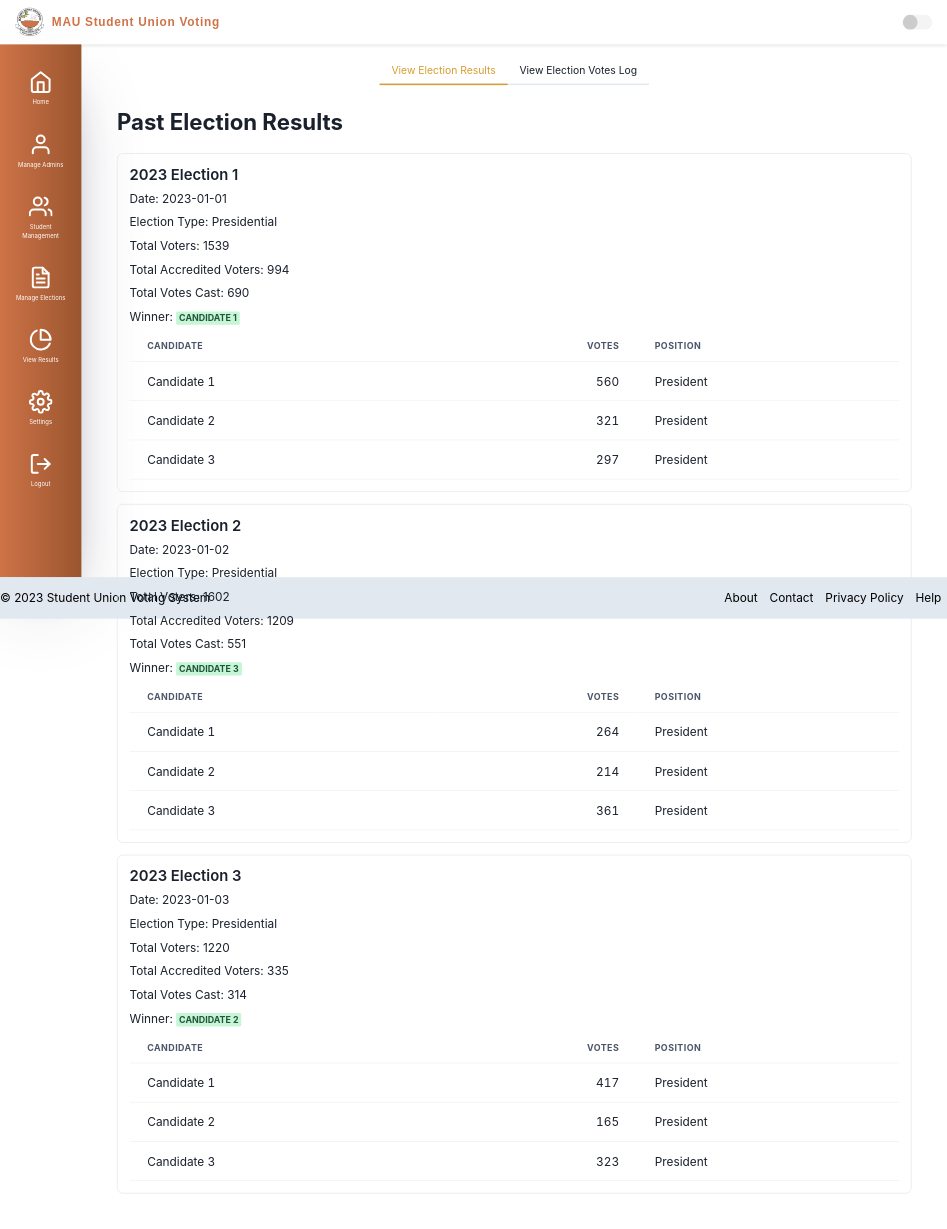
Repository: joena1o/e-vote
Page: /admin-dashboard/view-results
An editor plug-in stored every save of this project. The page is shown before and after the next save, followed by the edit.
The browser window is 1280 px wide. The pictures show the whole page, at 74% of full size.
The project was rebuilt for these pictures with package versions that can differ from the ones it lists, and the page was loaded fresh each time. Also part of the build but not shown: src/components/EnhancedLogin.js, src/components/maincontent/RegisterStudents/ManageStudents.js, src/components/maincontent/RegisterStudents/RegisterStudents.js, src/components/maincontent/RegisterStudents/StudentManagement.js, src/components/maincontent/ElectionResults/report.js, src/components/maincontent/Settings/Settings.js, src/api/index.js, src/components/maincontent/home/Home.styles.js and 21 more.

Above is the page before, as saved 2023-11-24 22:45:12.

### src/index.js
import React from 'react';
import ReactDOM from 'react-dom/client';
import './index.css';
import App from './App';
import reportWebVitals from './reportWebVitals';
import Modal from 'react-modal';

// Set the app element for the modal for accessibility purposes
Modal.setAppElement('#root');

const root = ReactDOM.createRoot(document.getElementById('root'));
root.render(
  <React.StrictMode>
    <App />
  </React.StrictMode>
);

// If you want to start measuring performance in your app, pass a function
// to log results (for example: reportWebVitals(console.log))
// or send to an analytics endpoint. Learn more: https://bit.ly/CRA-vitals
reportWebVitals();

### src/App.js
import React from 'react';
import { BrowserRouter as Router, Routes, Route, Navigate } from 'react-router-dom';
import EnhancedLogin from './components/EnhancedLogin';
import AdminDashboard from './components/AdminDashboard';
import StudentDashboard from './components/StudentDashboard';
import { ChakraProvider, ColorModeProvider, Button, useColorMode } from '@chakra-ui/react';
import { Provider } from 'react-redux';
import store from './Redux/store';
import ElectionCommitteeDashboard from './components/maincontent/ElectionCommitteeDashboard';


// Component to toggle dark mode
function DarkModeToggle() {
  const { colorMode, toggleColorMode } = useColorMode();
  return (
    <Button onClick={toggleColorMode} position="fixed" m={4} zIndex={10}>
      Toggle {colorMode === 'light' ? 'Dark' : 'Light'}
    </Button>
  );
}

function App() {
  // Check if the current route is not the "/login" route, then render the DarkModeToggle
  // const isLoginPage = window.location.pathname === '/login';

  return (
    <Provider store={store}>
      <ChakraProvider>
        <ColorModeProvider options={{ useSystemColorMode: true }}>
          <Router>
            <Routes>
              {/* Define your routes */}
              <Route path="/login" element={<EnhancedLogin />} />
              <Route path="/admin-dashboard/*" element={<AdminDashboard />} />
              <Route path="/ElectionCommittee-dashboard/*" element={<ElectionCommitteeDashboard />} />
              <Route path='/student-dashboard/*' element={<StudentDashboard />} />
              {/* Redirect root to /admin-dashboard */}
              <Route path="/" element={<Navigate to="/admin-dashboard" replace />} />
            </Routes>
          </Router>
          {/* Render DarkModeToggle only if not on the "/login" page */}
          {/* {!isLoginPage && <DarkModeToggle />} */}
        </ColorModeProvider>
      </ChakraProvider>
    </Provider>
  );
}

export default App;

### src/components/AdminDashboard.js
// AdminDashboard.js
import React from 'react';
import { Routes, Route } from 'react-router-dom';
import StudentManagement from './maincontent/RegisterStudents/StudentManagement';
import ViewResults from './maincontent/ElectionResults/ViewElectionResults';
import Settings from './maincontent/Settings/Settings';
import Home from './maincontent/home/Home';
import ManageAdmin from './maincontent/ManageAdmins/ManageAdmins';
import ManageElections from './maincontent/ManageElections/ManageElections';
import Sidebar from './Sidebar';
import Navbar from './Navbar';
import Footer from './Footer';// Import the Footer component
import styled from 'styled-components';

const Container = styled.div`
  display: flex;
  flex-direction: column;
  height: 100vh;
  width: 100%;
`;

const Content = styled.div`
  display: flex;
  flex: 1;
`;

const AdminDashboard = () => {
  return (
    <Container>
      <Navbar />
      <Content>
        <Sidebar />
        <Routes>
          <Route index element={<Home />} />
          <Route path="student-management" element={<StudentManagement />} />
          <Route path="view-results" element={<ViewResults />} />
          <Route path="settings" element={<Settings />} />
          <Route path="manage-admin" element={<ManageAdmin />} />
          <Route path="manage-elections" element={<ManageElections />} />
        </Routes>
      </Content>
      <Footer />
    </Container>
  );
};

export default AdminDashboard;

### src/Redux/store.js
import { configureStore } from '@reduxjs/toolkit';
import electionReducer from './electionSlice';
import studentsReducer from './studentsSlice';
import candidatesReducer from './CandidateSlice'; // Import the candidates reducer

const store = configureStore({
  reducer: {
    elections: electionReducer,
    students: studentsReducer,
    candidates: candidatesReducer, // Add the candidates reducer here
  },
});

export default store;

### src/components/maincontent/ElectionResults/ViewElectionResults.js
import React, { useState } from 'react';
import { Tabs, TabList, TabPanels, Tab, TabPanel, Box, Flex, Heading } from '@chakra-ui/react';
import ViewResults from './ViewResults';
import ElectionVotesLog from './report';

const ElectionDashboard = () => {
  const [activeTab, setActiveTab] = useState(0);

  const handleTabChange = (index) => {
    setActiveTab(index);
  };

  return (
    <Flex direction="column" align="center" w="100vw" h="100vh" p={4}>
      <Box w="100%" h="100%" maxW="full">
        <Tabs index={activeTab} onChange={handleTabChange} isLazy>
          <Flex justifyContent="center" w="100%">
            <TabList display="inline-flex">
              <Tab fontSize="sm" px={4} py={2} _selected={{ borderBottom: '2px solid', borderColor: 'yellow.500', color: 'yellow.500' }}>
                View Election Results
              </Tab>
              <Tab fontSize="sm" px={4} py={2} _selected={{ borderBottom: '2px solid', borderColor: 'yellow.500', color: 'yellow.500' }}>
                View Election Votes Log
              </Tab>
            </TabList>
          </Flex>
          <TabPanels>
            <TabPanel>
              <ViewResults />
            </TabPanel>
            <TabPanel>
              <ElectionVotesLog />
            </TabPanel>
          </TabPanels>
        </Tabs>
      </Box>
    </Flex>
  );
};

export default ElectionDashboard;

### src/components/Sidebar.js
import React from 'react';
import styled from 'styled-components';
import { Link } from 'react-router-dom';
import { FiHome, FiUser, FiUsers, FiFileText, FiSettings, FiLogOut, FiPieChart } from 'react-icons/fi';
import { useColorMode } from '@chakra-ui/react';

const SidebarContainer = styled.nav`
  background: ${props => (props.theme === 'dark' ? '#333' : 'linear-gradient(to right, #ce7348, #9a552e)')};
  padding: 15px;
  height: 100vh;
  color: #fff;
  box-shadow: rgba(50, 50, 93, 0.25) 0px 50px 100px -20px, rgba(0, 0, 0, 0.3) 0px 30px 60px -30px;
  display: flex;
  flex-direction: column;
`;

const LinkList = styled.ul`
  list-style-type: none;
  padding: 0;
  flex: 1;
`;

const StyledLink = styled(Link)`
  text-decoration: none;
  color: #fff;
  display: flex;
  flex-direction: column;
  align-items: center;
  transition: color 0.3s ease;
  margin-bottom: 15px;
  cursor: pointer;
  font-size: 0.5rem;

  &:hover {
    color: #fce364;
  }

  width: 80px;
  text-align: center;
  word-wrap: break-word;
  overflow-wrap: break-word;

  @media (max-width: 768px) {
    font-size: 0.4rem;
  }

  @media (max-width: 480px) {
    font-size: 0.3rem;
  }
`;

const LinkItem = styled.li`
  display: flex;
  align-items: center;
  margin-top: 20px;
`;

const Icon = styled.div`
  font-size: 2rem;
  color: #fff;

  @media (max-width: 768px) {
    font-size: 0.9rem;
  }

  @media (max-width: 480px) {
    font-size: 0.8rem;
  }

  margin-bottom: 5px;

  ${StyledLink}:hover & {
    color: #fce364;  // Change icon color when the link is hovered
  }
`;

function Sidebar() {
  const { colorMode } = useColorMode();

  return (
    <SidebarContainer theme={colorMode}>
      <LinkList>
        <LinkItem>
          <StyledLink to="/admin-dashboard">
            <Icon><FiHome /></Icon>
            Home
          </StyledLink>
        </LinkItem>
        <LinkItem>
          <StyledLink to="/admin-dashboard/manage-admin">
            <Icon><FiUser /></Icon>
            Manage Admins
          </StyledLink>
        </LinkItem>
        <LinkItem>
          <StyledLink to="/admin-dashboard/student-management">
            <Icon><FiUsers /></Icon>
            Student Management
          </StyledLink>
        </LinkItem>
        <LinkItem>
          <StyledLink to="/admin-dashboard/manage-elections">
            <Icon><FiFileText /></Icon>
            Manage Elections
          </StyledLink>
        </LinkItem>
        <LinkItem>
          <StyledLink to="/admin-dashboard/view-results">
            <Icon><FiPieChart /></Icon>
            View Results
          </StyledLink>
        </LinkItem>
        <LinkItem>
          <StyledLink to="/admin-dashboard/settings">
            <Icon><FiSettings /></Icon>
            Settings
          </StyledLink>
        </LinkItem>
        <LinkItem>
          <StyledLink to="/logout">
            <Icon><FiLogOut /></Icon>
            Logout
          </StyledLink>
        </LinkItem>
      </LinkList>
    </SidebarContainer>
  );
}

export default Sidebar;

### src/components/Navbar.js
import React from 'react';
import styled, { createGlobalStyle } from 'styled-components';
import logo from '../assets/school_logo.jpg';
import { useColorMode } from '@chakra-ui/react';

const GlobalStyle = createGlobalStyle`
  body {
    background-color: ${props => (props.theme === 'dark' ? '#333' : '#fff')};
    color: ${props => (props.theme === 'dark' ? '#fff' : '#000')}; // Set other component texts to black in light mode
  }
`;

const Header = styled.header`
  background: ${props => (props.theme === 'dark' ? '#333' : '#fff')};
  color: ${props => (props.theme === 'dark' ? '#fff' : '#ce7348')}; // Set navbar text to brown in light mode
  padding: 10px 20px;
  display: flex;
  align-items: center;
  justify-content: flex-start;
  box-shadow: 0px 2px 4px rgba(0, 0, 0, 0.1);
  font-family: 'Poppins', sans-serif;
`;


const Logo = styled.img`
  width: 40px;
  height: 40px;
  border-radius: 20px;
  margin-right: 10px;
`;

const Title = styled.h1`
  margin: 0;
  padding: 0;
  font-size: 1rem;
  font-weight: 600;
  letter-spacing: 1px;
`;

const ToggleSlider = styled.label`
  display: flex;
  align-items: center;
  cursor: pointer;
  margin-left: auto;
`;

const SliderInput = styled.input.attrs({ type: 'checkbox' })`
  display: none;
`;

const Slider = styled.div`
  width: 40px;
  height: 20px;
  background-color: ${props => (props.theme === 'dark' ? '#333' : '#f4f4f4')};
  border-radius: 20px;
  position: relative;
  transition: background-color 0.3s ease;
  cursor: pointer;

  &::after {
    content: '';
    width: 20px;
    height: 20px;
    border-radius: 50%;
    background-color: ${props => (props.theme === 'dark' ? '#fff' : '#ccc')};
    position: absolute;
    top: 50%;
    transform: translateY(-50%);
    left: ${props => (props.theme === 'dark' ? '20px' : '0')};
    transition: left 0.3s ease;
  }
`;

function Navbar() {
  const { colorMode, toggleColorMode } = useColorMode();

  return (
    <>
      <GlobalStyle theme={colorMode} />
      <Header theme={colorMode}>
        <Logo src={logo} alt="University Logo" />
        <Title>MAU Student Union Voting</Title>
        <ToggleSlider>
          <SliderInput type="checkbox" onChange={toggleColorMode} />
          <Slider theme={colorMode} />
        </ToggleSlider>
      </Header>
    </>
  );
}

export default Navbar;

### src/components/Footer.js
import React from 'react';
import { Box, Flex, Text, Link } from '@chakra-ui/react';

const Footer = ({ colorMode }) => {
  const handleDownloadDocumentation = () => {

    const pdfUrl = '/path/to/your/documentation.pdf';

    //  anchor element that triggers  download
    const link = document.createElement('a');
    link.href = pdfUrl;
    link.download = 'documentation.pdf';
    link.click();
  };

    return (
      <Box as="footer" mt="auto" py={4} bg={colorMode === 'dark' ? 'gray.800' : 'gray.200'} color={colorMode === 'dark' ? 'white' : 'black'}>
        <Flex justify="space-between" align="center">
          <Text>&copy; 2023 Student Union Voting System</Text>
          <Flex>
            <Link mx={2} href="#about">
              About
            </Link>
            <Link mx={2} href="#contact">
              Contact
            </Link>
            <Link mx={2} href="#privacy">
              Privacy Policy
            </Link>
            <Link mx={2} onClick={handleDownloadDocumentation}>
              Help
            </Link>
          </Flex>
        </Flex>
      </Box>
    );
  };

  export default Footer;

### src/Redux/electionSlice.js
/*import { createSlice, createAsyncThunk } from '@reduxjs/toolkit';
import { API, graphqlOperation } from 'aws-amplify';
import { createElection as createElectionAPI } from '../graphql/mutations';

export const createElection = createAsyncThunk(
  'elections/createElection',
  async (election, { rejectWithValue }) => {
    try {
      const result = await API.graphql(graphqlOperation(createElectionAPI, { input: election }));
      return result.data.createElection;
    } catch (error) {
      return rejectWithValue(error);
    }
  }
);

const electionSlice = createSlice({
  name: 'elections',
  initialState: [],
  reducers: {},
  extraReducers: (builder) => {
    builder.addCase(createElection.fulfilled, (state, action) => {
      state.push(action.payload);
    });
  },
});

export default electionSlice.reducer;
*/

### src/Redux/studentsSlice.js
import { createSlice } from '@reduxjs/toolkit';

export const studentsSlice = createSlice({
  name: 'students',
  initialState: [],
  reducers: {
    addStudents: (state, action) => {
      // Add students to the Redux store
      action.payload.forEach(student => {
        state.push(student);
      });
    },
  },
});

export const { addStudents } = studentsSlice.actions;

export default studentsSlice.reducer;

### src/Redux/CandidateSlice.js

import { createSlice } from '@reduxjs/toolkit';

export const candidatesSlice = createSlice({
  name: 'candidates',
  initialState: [],
  reducers: {
    setCandidates: (state, action) => {
      return action.payload;
    },
  },
});

export const { setCandidates } = candidatesSlice.actions;
export default candidatesSlice.reducer;

### src/components/maincontent/ElectionResults/ViewResults.js
import React, { useState } from 'react';
import {
  Box,
  VStack,
  Heading,
  Text,
  useColorModeValue,
  Table,
  Thead,
  Tbody,
  Tr,
  Th,
  Td,
  Badge,
} from '@chakra-ui/react';

const ViewResults = () => {
  const colorModeValue = useColorModeValue('gray.200', 'gray.600');

  // Function to generate mock data
  const generateMockData = () => {
    const mockData = [];

    for (let i = 1; i <= 3; i++) {
      const election = {
        id: i,
        electionName: `2023 Election ${i}`,
        date: `2023-01-${i < 10 ? `0${i}` : i}`,
        electionType: 'Presidential',
        totalVoters: Math.floor(Math.random() * 1500) + 500,
        totalAccreditedVoters: Math.floor(Math.random() * 1200) + 300,
        totalVotesCast: Math.floor(Math.random() * 1000) + 200,
        candidates: [],
      };

      for (let j = 1; j <= 3; j++) {
        election.candidates.push({
          name: `Candidate ${j}`,
          votes: Math.floor(Math.random() * 500) + 100,
          position: 'President',
        });
      }

      const winnerIndex = Math.floor(Math.random() * 3);
      election.winner = election.candidates[winnerIndex].name;

      mockData.push(election);
    }

    return mockData;
  };

  const [pastElectionResults] = useState(generateMockData());

  return (
    <Box p={4}>
      <Heading size="lg" mb={6}>
        Past Election Results
      </Heading>
      {pastElectionResults.map((election) => (
        <VStack
          key={election.id}
          border="1px"
          borderColor={colorModeValue}
          borderRadius="lg"
          p={4}
          mb={4}
          spacing={2}
          align="left"
        >
          <Heading fontSize="xl" fontWeight="semibold">
            {election.electionName}
          </Heading>
          <Text>Date: {election.date}</Text>
          <Text>Election Type: {election.electionType}</Text>
          <Text>Total Voters: {election.totalVoters}</Text>
          <Text>Total Accredited Voters: {election.totalAccreditedVoters}</Text>
          <Text>Total Votes Cast: {election.totalVotesCast}</Text>
          <Text>Winner: <Badge colorScheme="green">{election.winner}</Badge></Text>
          <Table variant="simple">
            <Thead>
              <Tr>
                <Th>Candidate</Th>
                <Th isNumeric>Votes</Th>
                <Th>Position</Th>
              </Tr>
            </Thead>
            <Tbody>
              {election.candidates.map((candidate) => (
                <Tr key={candidate.name}>
                  <Td>{candidate.name}</Td>
                  <Td isNumeric>{candidate.votes}</Td>
                  <Td>{candidate.position}</Td>
                </Tr>
              ))}
            </Tbody>
          </Table>
        </VStack>
      ))}
    </Box>
  );
};

export default ViewResults;

Loaded but not shown: public/index.html (common file); src/index.css (common file); src/reportWebVitals.js (common file)

After the next save:
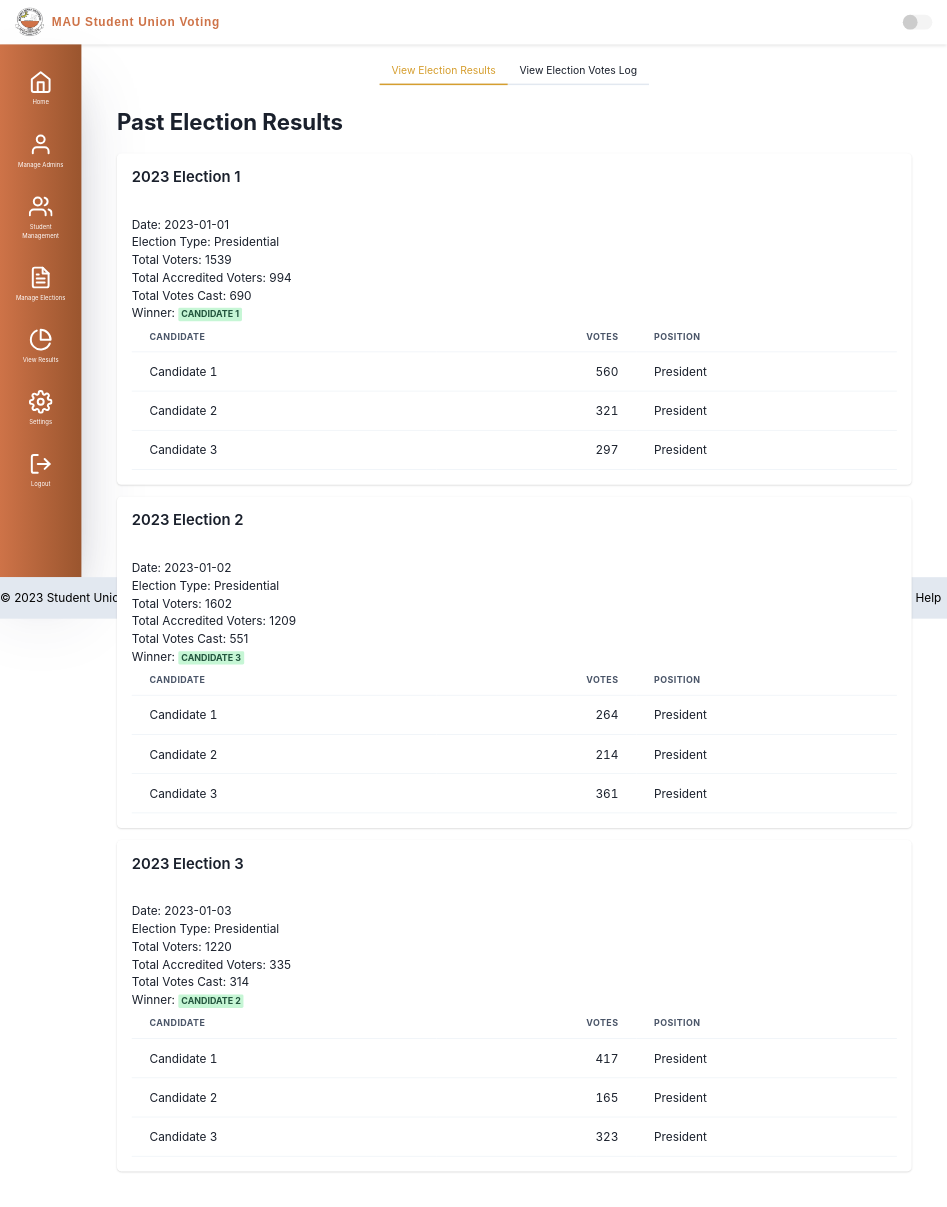
Saved 4 min 39 s later.
--- a/src/components/maincontent/ElectionResults/ViewResults.js
+++ b/src/components/maincontent/ElectionResults/ViewResults.js
@@ -12,6 +12,10 @@ import {
   Th,
   Td,
   Badge,
+  Card,
+  CardHeader,
+  CardBody,
+  CardFooter,
 } from '@chakra-ui/react';
 
 const ViewResults = () => {
@@ -58,44 +62,41 @@ const ViewResults = () => {
         Past Election Results
       </Heading>
       {pastElectionResults.map((election) => (
-        <VStack
-          key={election.id}
-          border="1px"
-          borderColor={colorModeValue}
-          borderRadius="lg"
-          p={4}
-          mb={4}
-          spacing={2}
-          align="left"
-        >
-          <Heading fontSize="xl" fontWeight="semibold">
-            {election.electionName}
-          </Heading>
-          <Text>Date: {election.date}</Text>
-          <Text>Election Type: {election.electionType}</Text>
-          <Text>Total Voters: {election.totalVoters}</Text>
-          <Text>Total Accredited Voters: {election.totalAccreditedVoters}</Text>
-          <Text>Total Votes Cast: {election.totalVotesCast}</Text>
-          <Text>Winner: <Badge colorScheme="green">{election.winner}</Badge></Text>
-          <Table variant="simple">
-            <Thead>
-              <Tr>
-                <Th>Candidate</Th>
-                <Th isNumeric>Votes</Th>
-                <Th>Position</Th>
-              </Tr>
-            </Thead>
-            <Tbody>
-              {election.candidates.map((candidate) => (
-                <Tr key={candidate.name}>
-                  <Td>{candidate.name}</Td>
-                  <Td isNumeric>{candidate.votes}</Td>
-                  <Td>{candidate.position}</Td>
+        <Card key={election.id} mb={4}>
+          <CardHeader>
+            <Heading fontSize="xl" fontWeight="semibold">
+              {election.electionName}
+            </Heading>
+          </CardHeader>
+          <CardBody>
+            <Text>Date: {election.date}</Text>
+            <Text>Election Type: {election.electionType}</Text>
+            <Text>Total Voters: {election.totalVoters}</Text>
+            <Text>Total Accredited Voters: {election.totalAccreditedVoters}</Text>
+            <Text>Total Votes Cast: {election.totalVotesCast}</Text>
+            <Text>
+              Winner: <Badge colorScheme="green">{election.winner}</Badge>
+            </Text>
+            <Table variant="simple">
+              <Thead>
+                <Tr>
+                  <Th>Candidate</Th>
+                  <Th isNumeric>Votes</Th>
+                  <Th>Position</Th>
                 </Tr>
-              ))}
-            </Tbody>
-          </Table>
-        </VStack>
+              </Thead>
+              <Tbody>
+                {election.candidates.map((candidate) => (
+                  <Tr key={candidate.name}>
+                    <Td>{candidate.name}</Td>
+                    <Td isNumeric>{candidate.votes}</Td>
+                    <Td>{candidate.position}</Td>
+                  </Tr>
+                ))}
+              </Tbody>
+            </Table>
+          </CardBody>
+        </Card>
       ))}
     </Box>
   );
